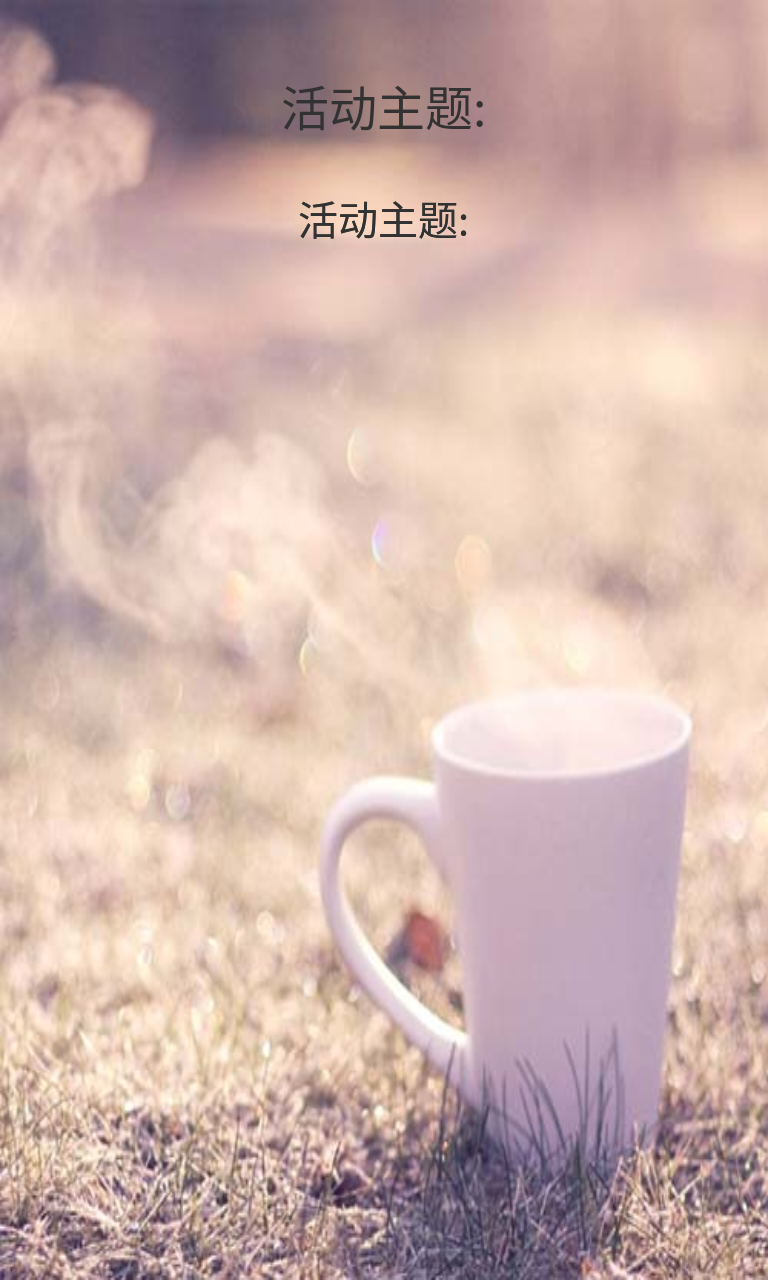
Repository: aojue/HappyAA
Layout: HappyAA/res/layout/two_activity.xml
An editor plug-in stored every save of this project. The layout is shown before and after the next save, followed by the edit.
It is drawn on a 768 x 1280 px phone screen (xhdpi) without system bars, with theme AppTheme; the app's code is not run.

Above is the layout before, as saved 2014-10-25 07:54:36.

After the next save:
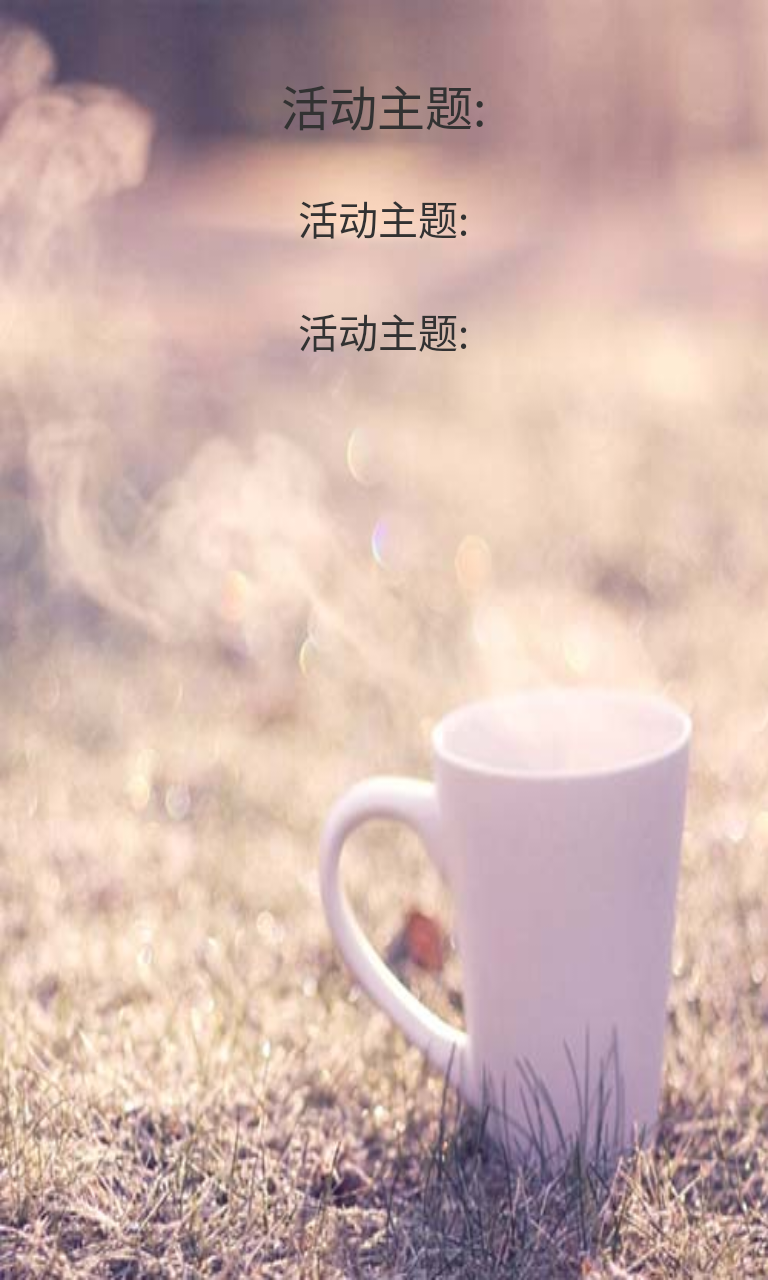
Saved 26 s later.
--- a/HappyAA/res/layout/two_activity.xml
+++ b/HappyAA/res/layout/two_activity.xml
@@ -34,9 +34,9 @@
                  android:id="@+id/text3"
                  android:layout_width="wrap_content"
                  android:layout_height="wrap_content"
-                 android:layout_below="@+id/text1"
-                 android:layout_centerHorizontal="true"
-                 android:layout_marginTop="24dp"
+                 android:layout_alignLeft="@+id/text2"
+                 android:layout_below="@+id/text2"
+                 android:layout_marginTop="27dp"
                  android:text="@string/textview1"
                  android:textSize="20sp" />
 
